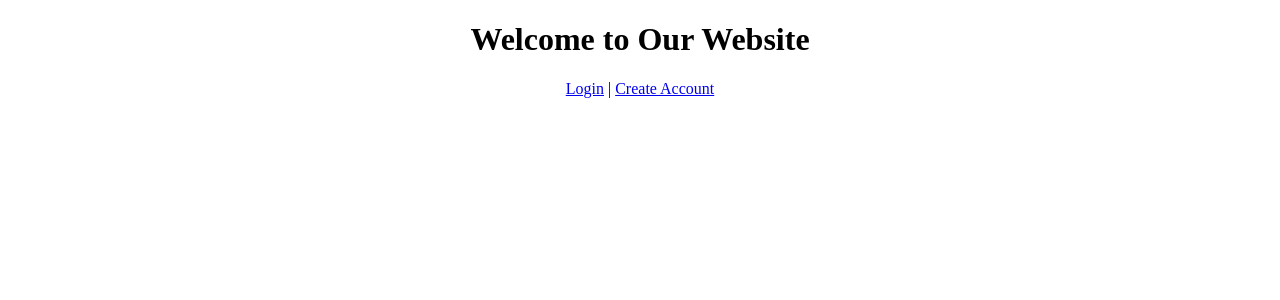
Repository: Rajkumar-Gunasekaran/Amazon-prime
Page: http://localhost/login/
These files come from the project's save history. The page is drawn as it stood at one moment and after the next save; the edit follows.
The browser window is 1280 px wide. The pictures show the whole page.
The page is served by Tomcat 9.

Above is the page before, as saved 2024-01-26 13:10:35.

After the next save:
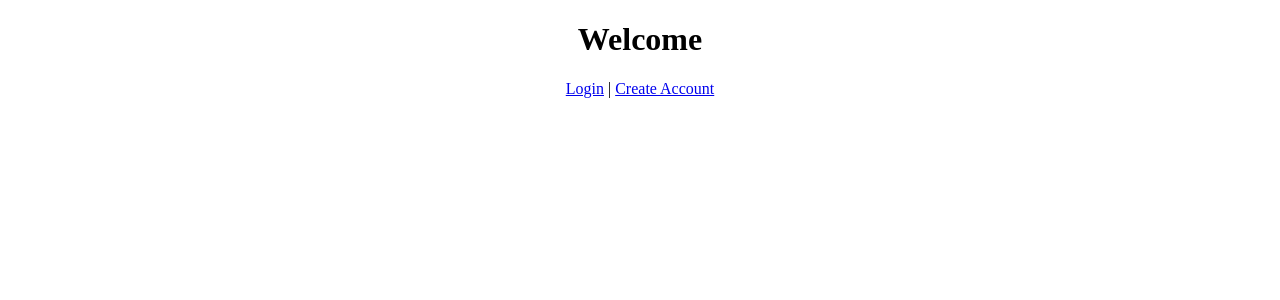
Saved 24 s later.
--- a/fun/login/src/main/webapp/index.jsp
+++ b/fun/login/src/main/webapp/index.jsp
@@ -8,7 +8,7 @@
 </head>
 <body>
    <div align="center">
-      <h1>Welcome to Our Website</h1>
+      <h1>Welcome</h1>
    </div>
    <div align="center">
       <a href="login.jsp">Login</a> | <a href="createAccount.jsp">Create Account</a>
